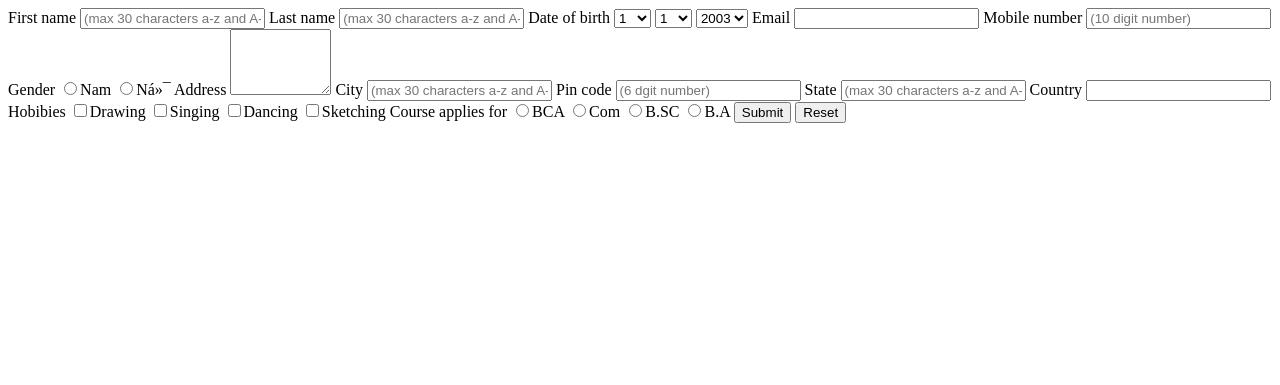
Repository: Knguyen2003/Spring
Page: http://localhost/PhanNguyenKhoiNguyen_21068021_Tuan04/StudentForm.jsp
An editor plug-in stored every save of this project. The page is shown before and after the next save, followed by the edit.
The browser window is 1280 px wide. The pictures show the whole page.
The page is served by Tomcat 10.

Above is the page before, as saved 2024-09-11 07:20:02.

After the next save:
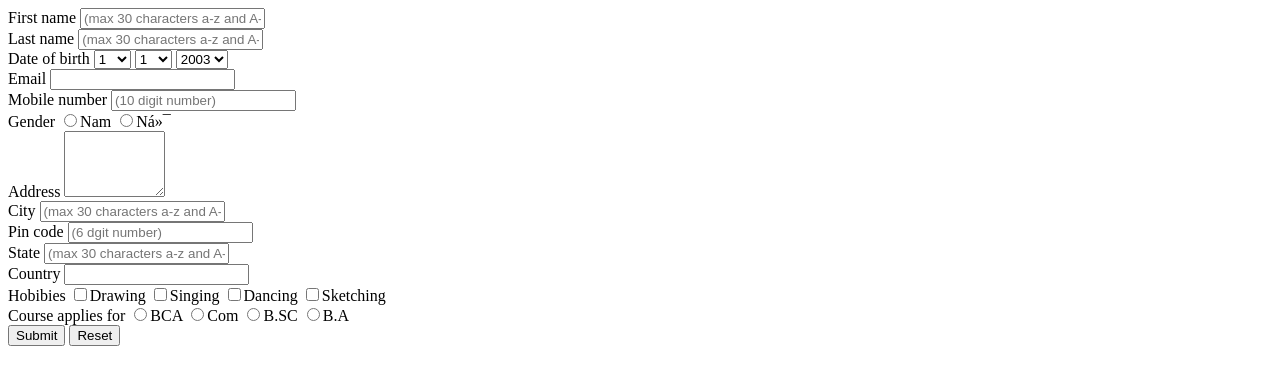
Saved 63 s later.
--- a/JavaServlet/Tuan4/PhanNguyenKhoiNguyen_21068021_Tuan04/PhanNguyenKhoiNguyen_21068021_Tuan04/PhanNguyenKhoiNguyen_21068021_Tuan04/src/main/webapp/StudentForm.jsp
+++ b/JavaServlet/Tuan4/PhanNguyenKhoiNguyen_21068021_Tuan04/PhanNguyenKhoiNguyen_21068021_Tuan04/PhanNguyenKhoiNguyen_21068021_Tuan04/src/main/webapp/StudentForm.jsp
@@ -11,9 +11,9 @@
 	<form action="StudentSevlet" method = "post">
 
 	    <label>First name</label>
-	    <input type="text" name="txtFirstName" maxlength="30" placeholder="(max 30 characters a-z and A-z)">
+	    <input type="text" name="txtFirstName" maxlength="30" placeholder="(max 30 characters a-z and A-z)"> <br>
 	    <label>Last name</label>
-	    <input type="text" name="txtLastName" maxlength="30" placeholder="(max 30 characters a-z and A-z)">
+	    <input type="text" name="txtLastName" maxlength="30" placeholder="(max 30 characters a-z and A-z)"><br>
 	    <label>Date of birth</label>
 	    <select id="ngay" name="day">
             <option value="01">1</option>
@@ -46,35 +46,35 @@
             <option value="2004">2004</option>
             <option value="2005">2005</option>
             <option value="2006">2006</option>
-        </select>
+        </select><br>
 	    <label>Email</label>
-	    <input type="text" name="txtEmail" maxlength="30">
+	    <input type="text" name="txtEmail" maxlength="30"><br>
 	    <label>Mobile number</label>
-	    <input type="text" name="txtPhone" maxlength="30" placeholder="(10 digit number)">
+	    <input type="text" name="txtPhone" maxlength="30" placeholder="(10 digit number)"><br>
 	    <label>Gender</label>
 	    <label><input type="radio" name="gioitinh" value="nam" required>Nam</label>
-	    <label><input type="radio" name="gioitinh" value="nu">Nữ</label>
+	    <label><input type="radio" name="gioitinh" value="nu">Nữ</label><br>
 	    <label>Address</label>
-	    <textarea rows="4" cols="10" name="txtAddress"></textarea>
+	    <textarea rows="4" cols="10" name="txtAddress"></textarea><br>
 	    <label>City</label>
-	    <input type="text" name="txtCity" maxlength="30" placeholder="(max 30 characters a-z and A-z)">
+	    <input type="text" name="txtCity" maxlength="30" placeholder="(max 30 characters a-z and A-z)"><br>
 	    <label>Pin code</label>
-	    <input type="text" name="txtPincode" maxlength="30" placeholder="(6 dgit number)">
+	    <input type="text" name="txtPincode" maxlength="30" placeholder="(6 dgit number)"><br>
 	    <label>State</label>
-	    <input type="text" name="txtState" maxlength="30" placeholder="(max 30 characters a-z and A-z)">
+	    <input type="text" name="txtState" maxlength="30" placeholder="(max 30 characters a-z and A-z)"><br>
 	    <label>Country</label>
-	    <input type="text" name="txtCountry" maxlength="30">
+	    <input type="text" name="txtCountry" maxlength="30"><br>
 	    <label>Hobibies</label>
 	    <label><input type="checkbox" name="hobbies" value="Drawing" required>Drawing</label>
 	    <label><input type="checkbox" name="hobbies" value="Singing">Singing</label>
 	    <label><input type="checkbox" name="hobbies" value="Dancing" required>Dancing</label>
-	    <label><input type="checkbox" name="hobbies" value="Sketching">Sketching</label>
+	    <label><input type="checkbox" name="hobbies" value="Sketching">Sketching</label><br>
 	    <!-- Thieu table va other hobbies -->
 	    <label>Course applies for</label>
 	    <label><input type="radio" name="course" value="BCA" required>BCA</label>
 	    <label><input type="radio" name="course" value="Com">Com</label>
 	    <label><input type="radio" name="course" value="B.SC" required>B.SC</label>
-	    <label><input type="radio" name="course" value="B.A">B.A</label>
+	    <label><input type="radio" name="course" value="B.A">B.A</label><br>
 
 	    <input type="submit" value="Submit">
 	    <input type="reset" value="Reset">
